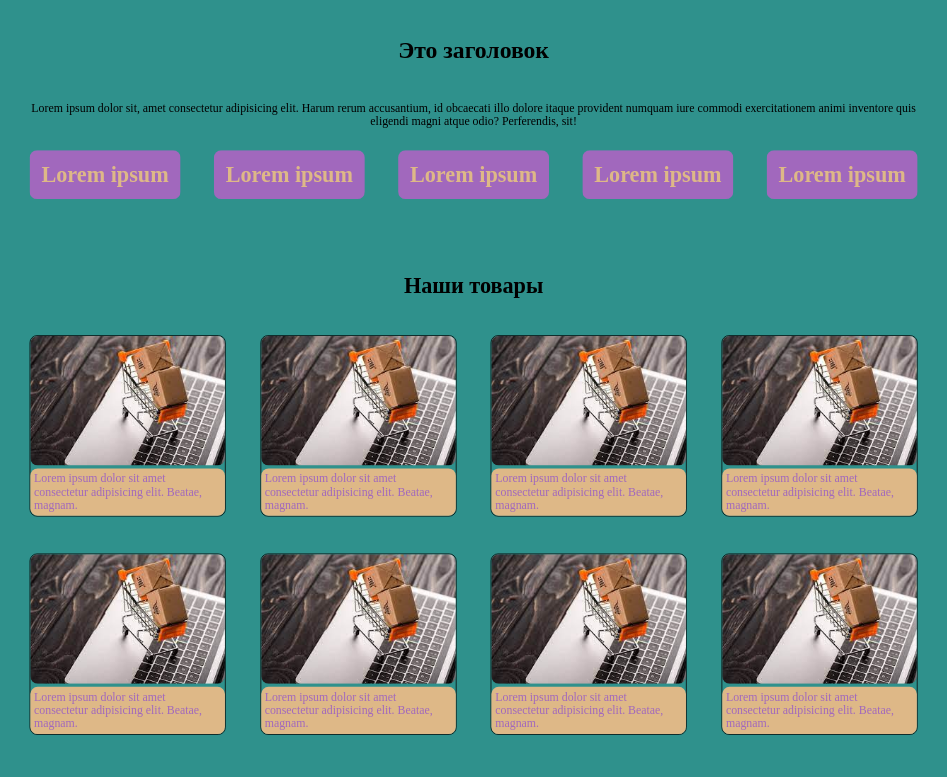
Repository: annamsklv/web
Page: seminar2_26.01/index.html
These files come from the project's save history. The page is drawn as it stood at one moment and after the next save; the edit follows.
The browser window is 1280 px wide. The pictures show the whole page, at 74% of full size.
Some web fonts or font styles are not loaded; a fallback is used.

Above is the page before, as saved 2023-02-01 18:46:32.

After the next save:
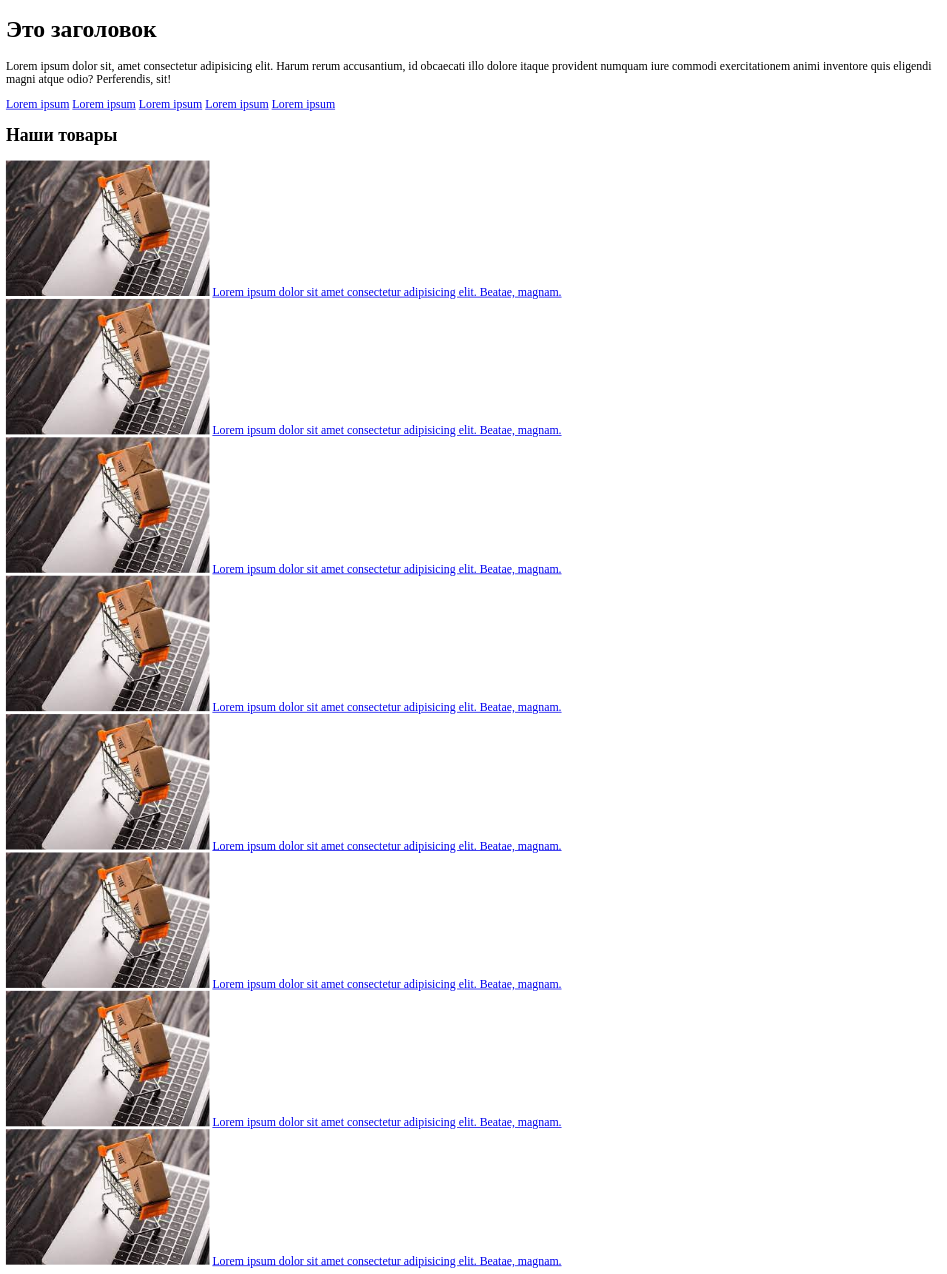
Saved 31 s later.
--- a/seminar2_26.01/index.html
+++ b/seminar2_26.01/index.html
@@ -9,10 +9,10 @@
 <link rel="preconnect" href="https://fonts.gstatic.com" crossorigin>
 <link href="https://fonts.googleapis.com/css2?family=Pacifico&display=swap" rel="stylesheet">
     <link rel="stylesheet" href="test2.css"> -->
-    <link rel="preconnect" href="https://fonts.googleapis.com">
+    <!-- <link rel="preconnect" href="https://fonts.googleapis.com">
 <link rel="preconnect" href="https://fonts.gstatic.com" crossorigin>
 <link href="https://fonts.googleapis.com/css2?family=Ruslan+Display&display=swap" rel="stylesheet">
-    <link rel="stylesheet" href="test2.css">
+    <link rel="stylesheet" href="test2.css"> -->
 
 </head>
 <body>

After the save that followed:
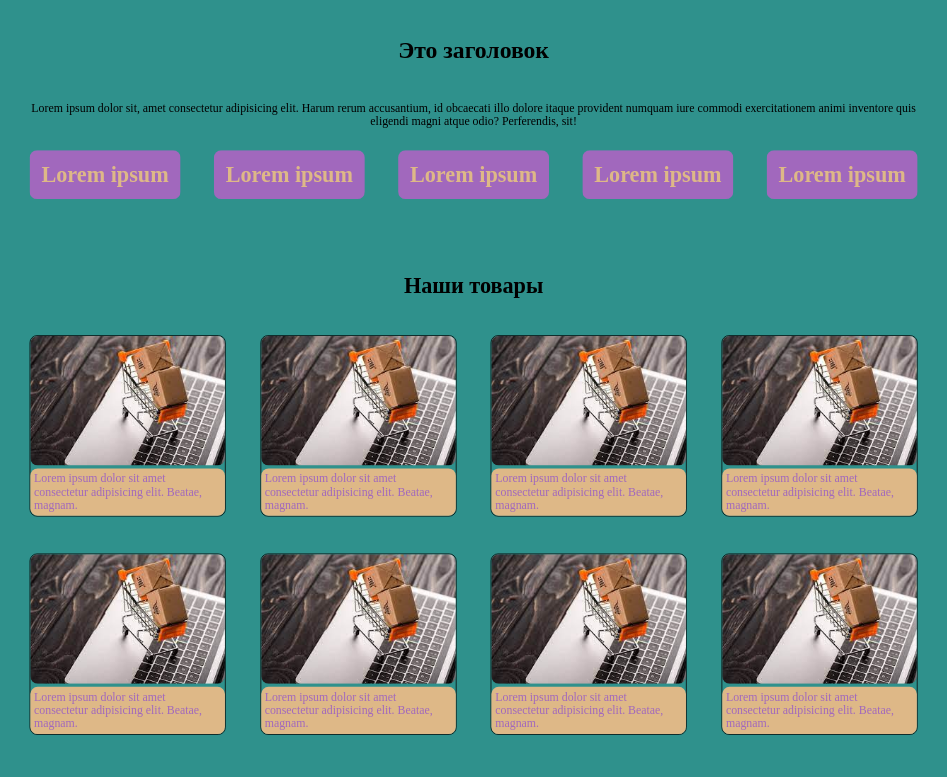
Saved 5 s later.
--- a/seminar2_26.01/index.html
+++ b/seminar2_26.01/index.html
@@ -5,10 +5,10 @@
     <meta http-equiv="X-UA-Compatible" content="IE-edge">
     <meta name="viewport" content="width=device-width, initial-scale=1.0">
     <title>Моя вторая страница</title>
-    <!-- <link rel="preconnect" href="https://fonts.googleapis.com">
+    <link rel="preconnect" href="https://fonts.googleapis.com">
 <link rel="preconnect" href="https://fonts.gstatic.com" crossorigin>
 <link href="https://fonts.googleapis.com/css2?family=Pacifico&display=swap" rel="stylesheet">
-    <link rel="stylesheet" href="test2.css"> -->
+    <link rel="stylesheet" href="test2.css">
     <!-- <link rel="preconnect" href="https://fonts.googleapis.com">
 <link rel="preconnect" href="https://fonts.gstatic.com" crossorigin>
 <link href="https://fonts.googleapis.com/css2?family=Ruslan+Display&display=swap" rel="stylesheet">
